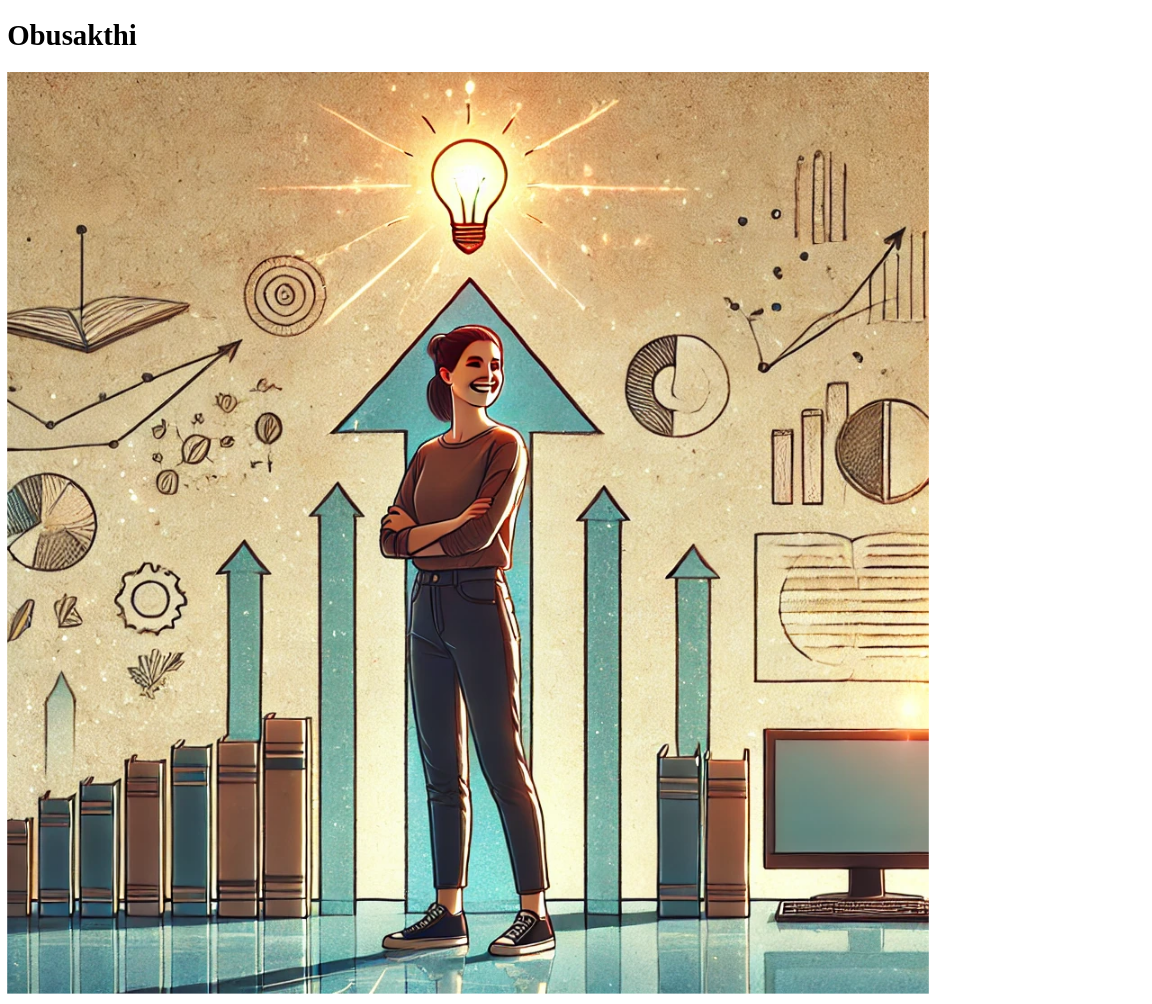
Repository: obusakthi539/Loginform
Page: blog.html
An editor plug-in stored every save of this project. The page is shown before and after a run of saves, followed by the edit.
The browser window is 1280 px wide. The pictures show the whole page, at 90% of full size.

Above is the page before, as saved 2025-01-12 11:50:44.

After the next 3 saves:
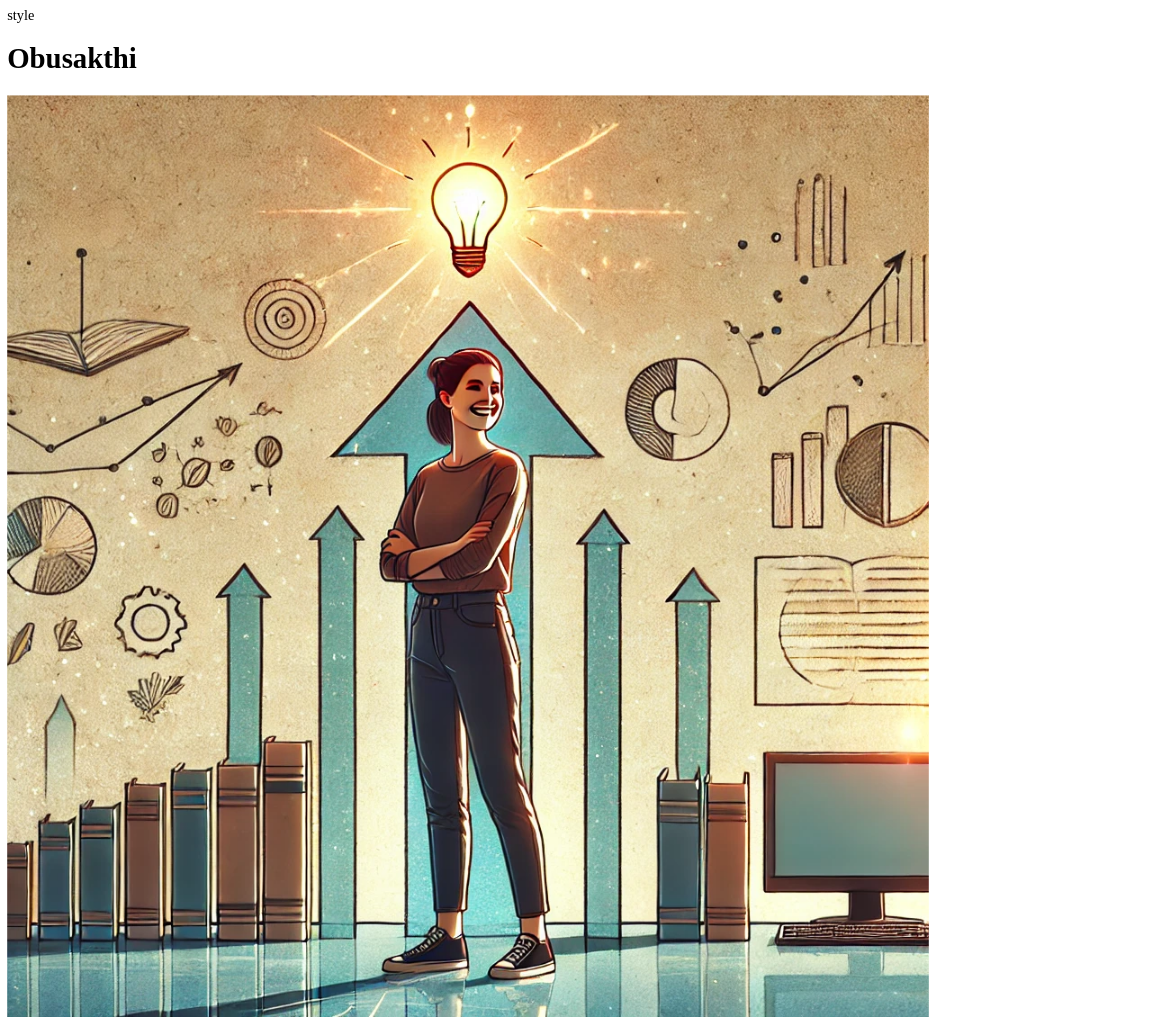
The 3 saves are shown as one change because they came seconds apart.
The last was saved 28 s later.
--- a/blog.html
+++ b/blog.html
@@ -5,6 +5,7 @@
     <meta name="viewport" content="width=device-width, initial-scale=1.0">
     <title>Document</title>
 </head>
+style
 <body>
     <h1>Obusakthi</h1>
     <img src="person.webp" alt="">

After the 3 saves that followed:
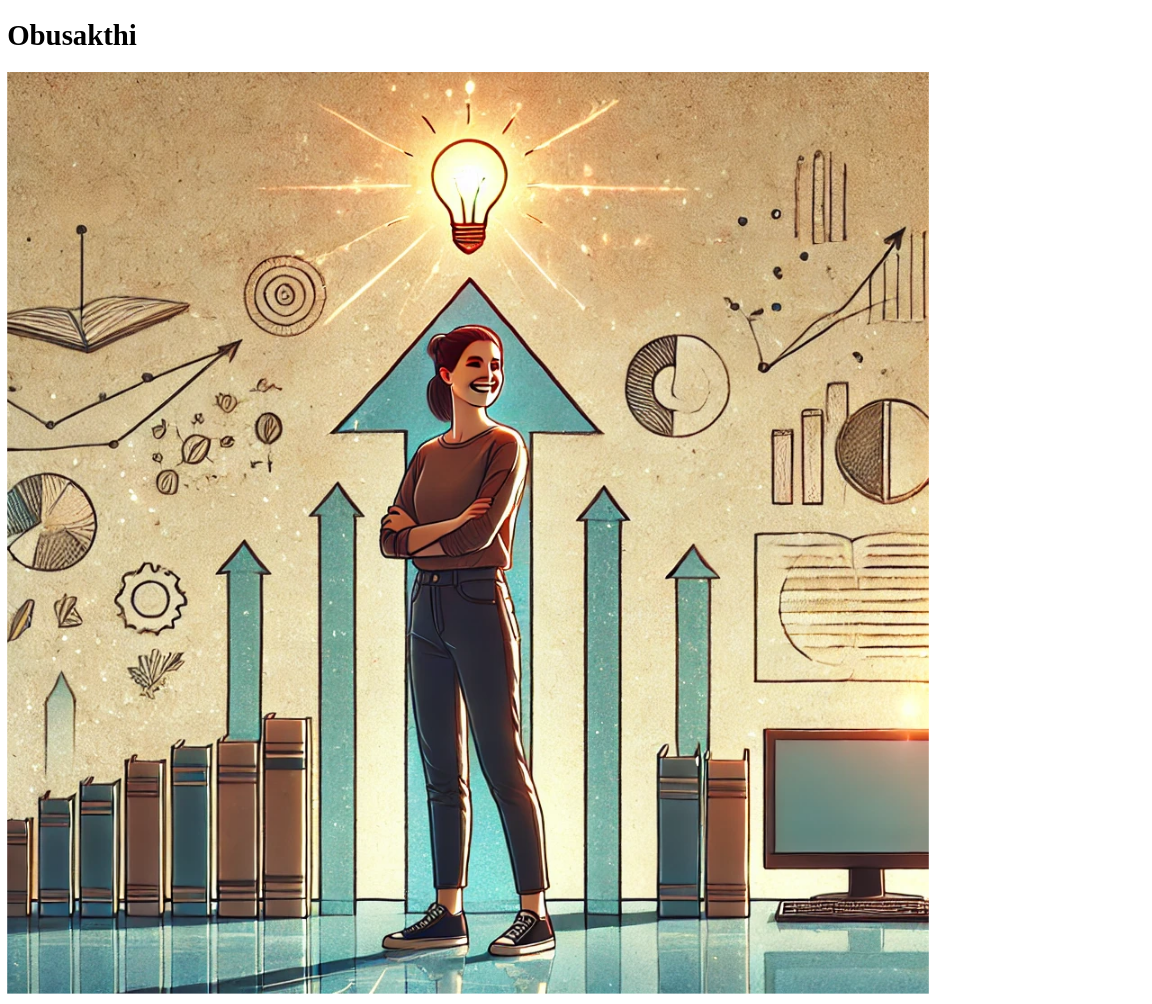
The 3 saves are shown as one change because 1 left the picture as it was and some came seconds apart.
The last was saved 11 s later.
--- a/blog.html
+++ b/blog.html
@@ -5,7 +5,7 @@
     <meta name="viewport" content="width=device-width, initial-scale=1.0">
     <title>Document</title>
 </head>
-style
+
 <body>
     <h1>Obusakthi</h1>
     <img src="person.webp" alt="">
